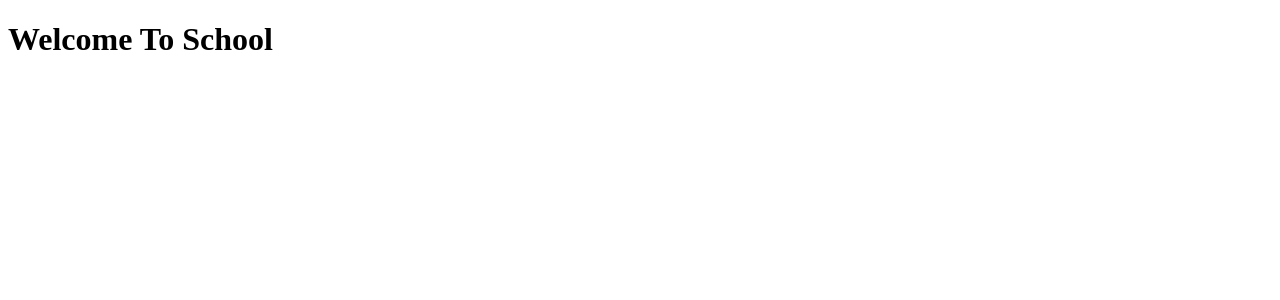
Repository: SurajChougule85/AdvJava
Page: http://localhost/Day4_JspObjectPractice/welcome.jsp
These files come from the project's save history. The page is drawn as it stood at one moment and after the next save; the edit follows.
The browser window is 1280 px wide. The pictures show the whole page.
The page is served by Tomcat 9.

Above is the page before, as saved 2023-01-21 09:30:24.

After the next save:
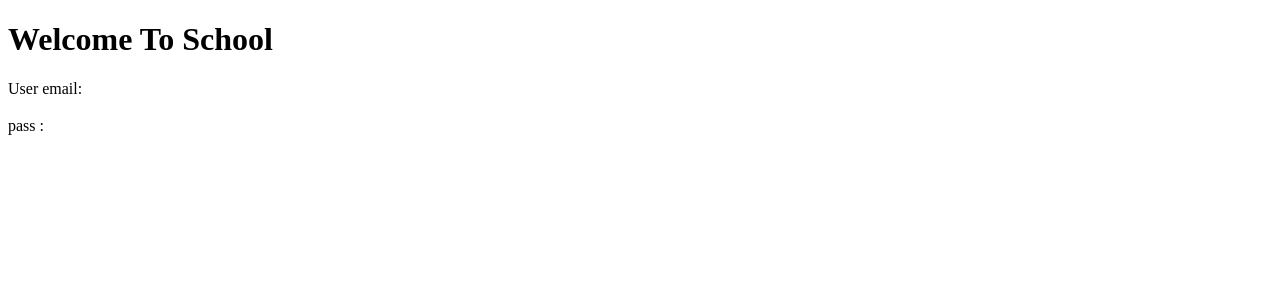
Saved 2 min 38 s later.
--- a/Day4_JspObjectPractice/src/main/webapp/welcome.jsp
+++ b/Day4_JspObjectPractice/src/main/webapp/welcome.jsp
@@ -10,5 +10,8 @@
 
 <h1>Welcome To School </h1>
 
+User email: <h3>${param.mail}</h3>
+pass : <h4>${param.pass}</h4>
+
 </body>
 </html>
